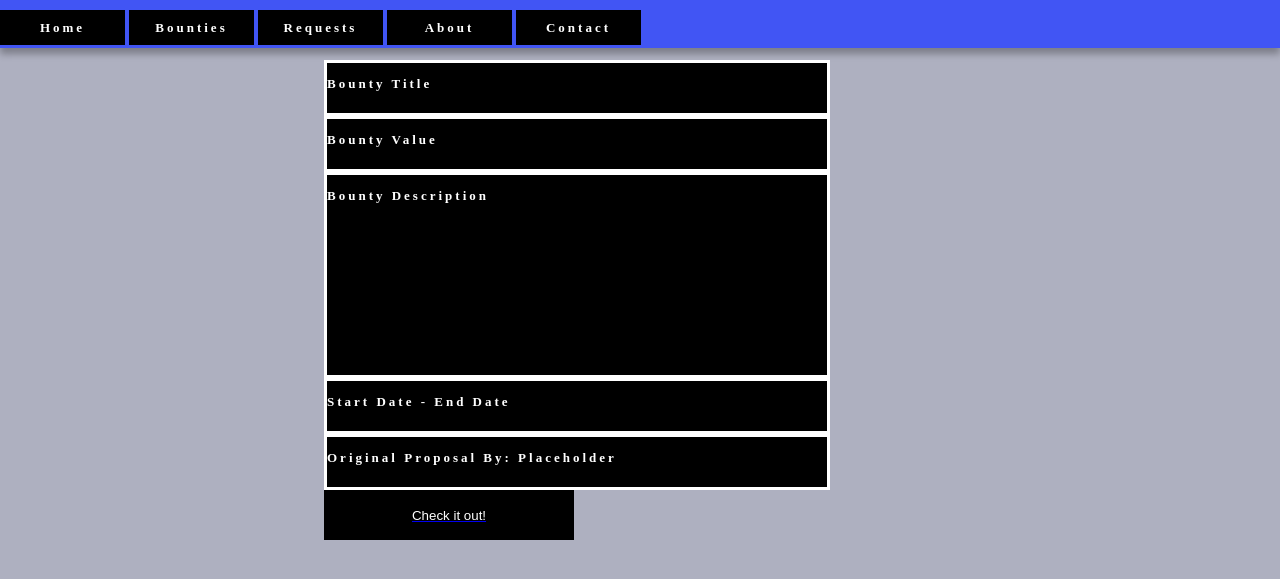
Repository: mailog/Tomorrow
Page: http://localhost/bounties
These files come from the project's save history. The page is drawn as it stood at one moment and after the next save; the edit follows.
The browser window is 1280 px wide. The pictures show the whole page.
The page is this project's Thymeleaf template; nobody is signed in. The template is opened directly, without the code that normally fills it, so the values that code supplies are empty.

Above is the page before, as saved 2017-07-27 04:05:21.

After the next save:
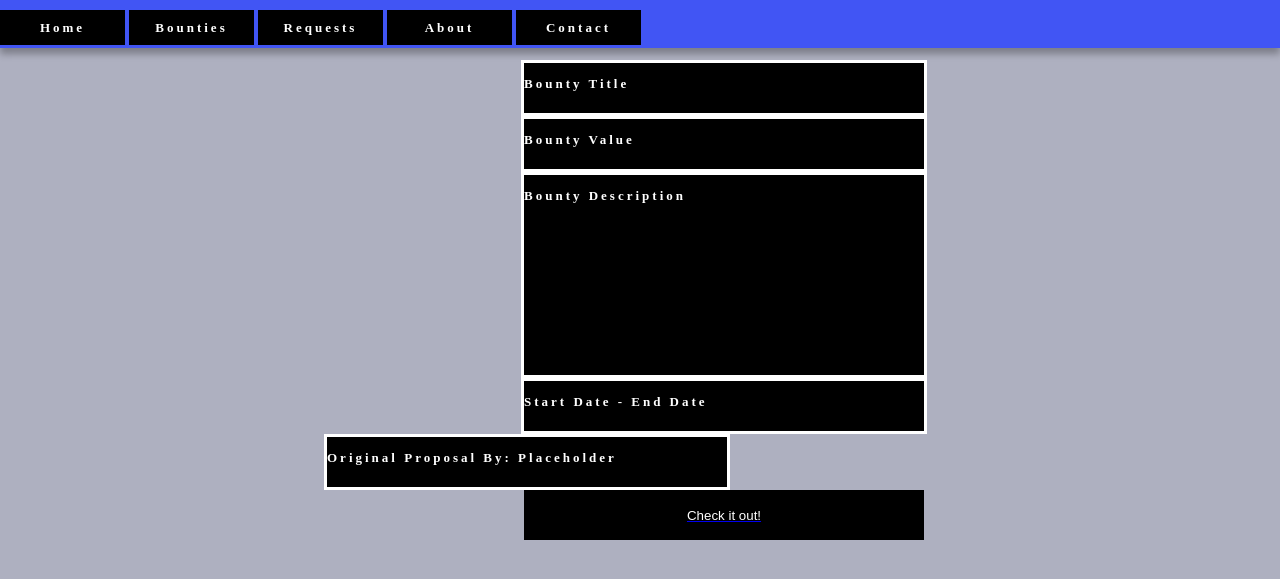
Saved 55 s later.
--- a/Tomorrow/src/main/resources/static/css/bounties.css
+++ b/Tomorrow/src/main/resources/static/css/bounties.css
@@ -28,6 +28,8 @@
 	height: 50px;
 	background-color: black;
 	border-style:solid;
+    margin: auto;
+    width: 50%;
 }
 
 .bounty_value
@@ -37,6 +39,8 @@
 	height:50px;
 	background-color: black;
 	border-style:solid;
+    margin: auto;
+    width: 50%;
 }
 
 .bounty_desc
@@ -46,6 +50,8 @@
 	height: 200px;
 	background-color: black;
 	border-style:solid;
+    margin: auto;
+    width: 50%;
 }
 
 .bounty_period
@@ -55,6 +61,8 @@
 	height:50px;
 	background-color: black;
 	border-style:solid;
+    margin: auto;
+    width: 50%;
 }
 
 .bounty_proposer
@@ -64,6 +72,8 @@
 	height: 50px;
 	background-color: black;
 	border-style:solid;
+    margin: auto;
+    width: 50%;
 }
 
 .bounty_button
@@ -74,4 +84,6 @@
 	height:50px;
 	background-color: black;
 	border-style:solid;
+    margin: auto;
+    width: 50%;
 }
